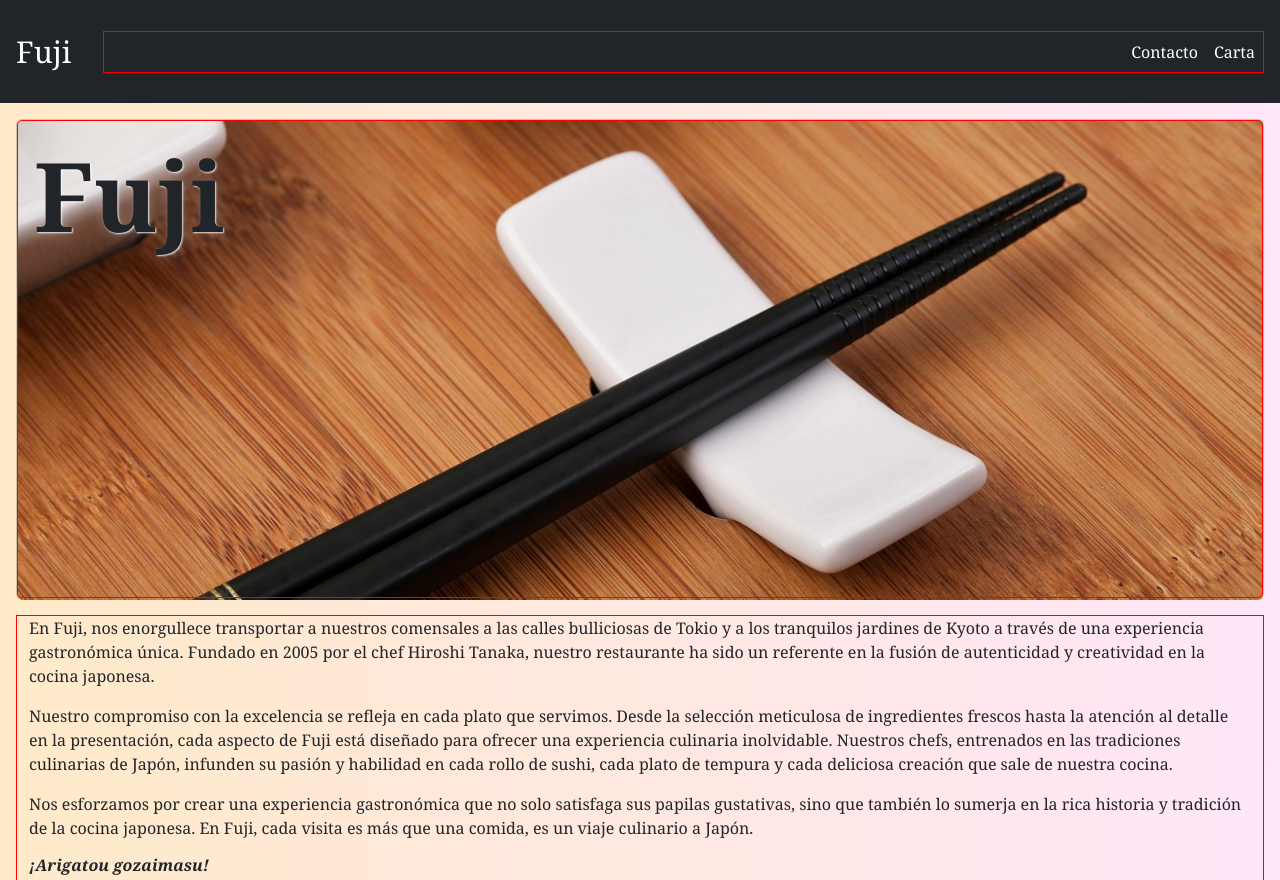
Repository: aipacheco/Fuji-restaurante
Page: index.html
An editor plug-in stored every save of this project. The page is shown before and after the next save, followed by the edit.
The browser window is 1280 px wide. The pictures show the part of the page from y = 0 to 880 px (the page is 1319 px tall before and 1323 px after).
A picture or video elsewhere on the page could not be fetched, so the positions and the page height are approximate. Some web libraries are served in a nearby version.

Above is the page before, as saved 2024-01-29 18:04:23.

After the next save:
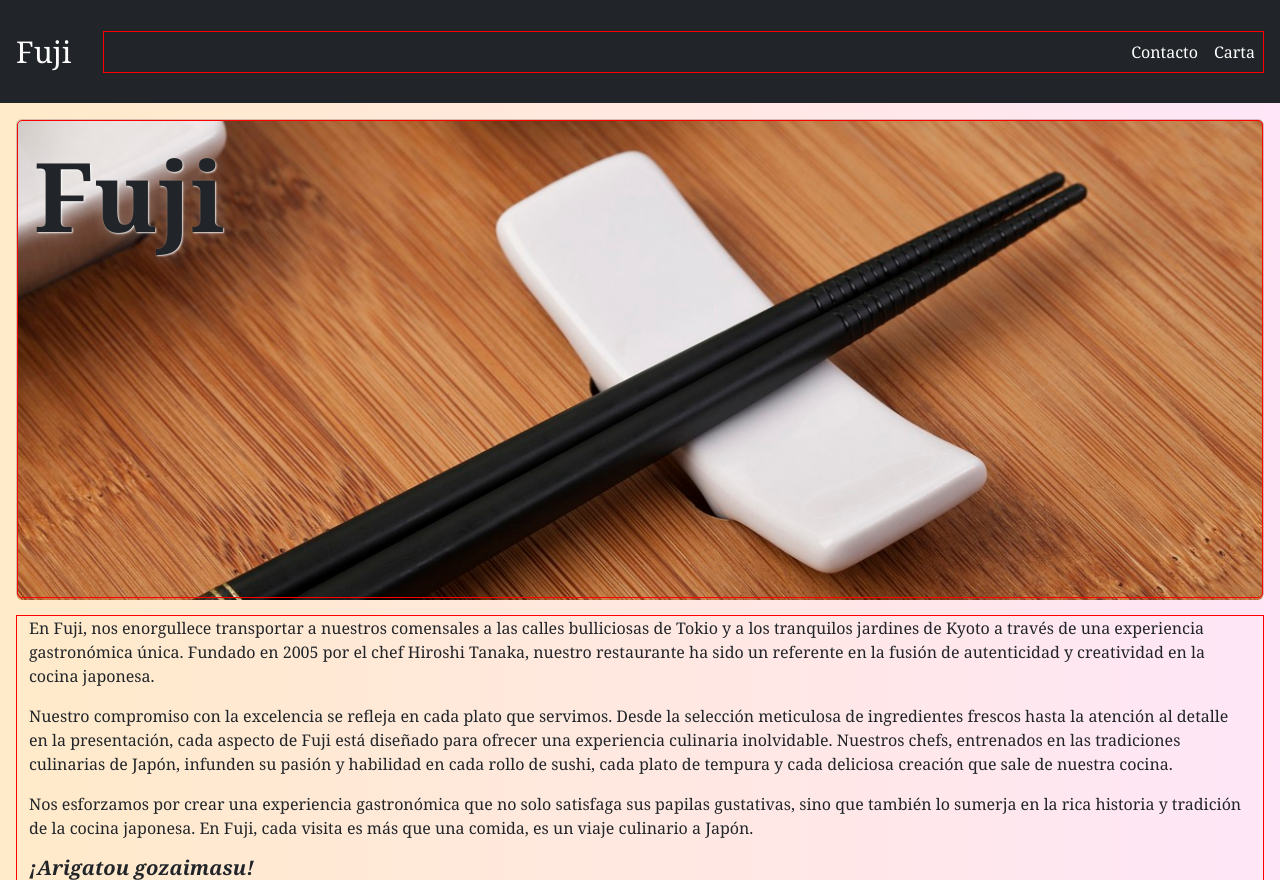
Saved 5 s later.
--- a/index.html
+++ b/index.html
@@ -85,7 +85,7 @@
         es más que una comida, es un viaje culinario a Japón.
       </p>
 
-      <h6><strong><i>¡Arigatou gozaimasu!</i></strong></h6>
+      <h5><strong><i>¡Arigatou gozaimasu!</i></strong></h5>
     </div>
 
 

After the save that followed:
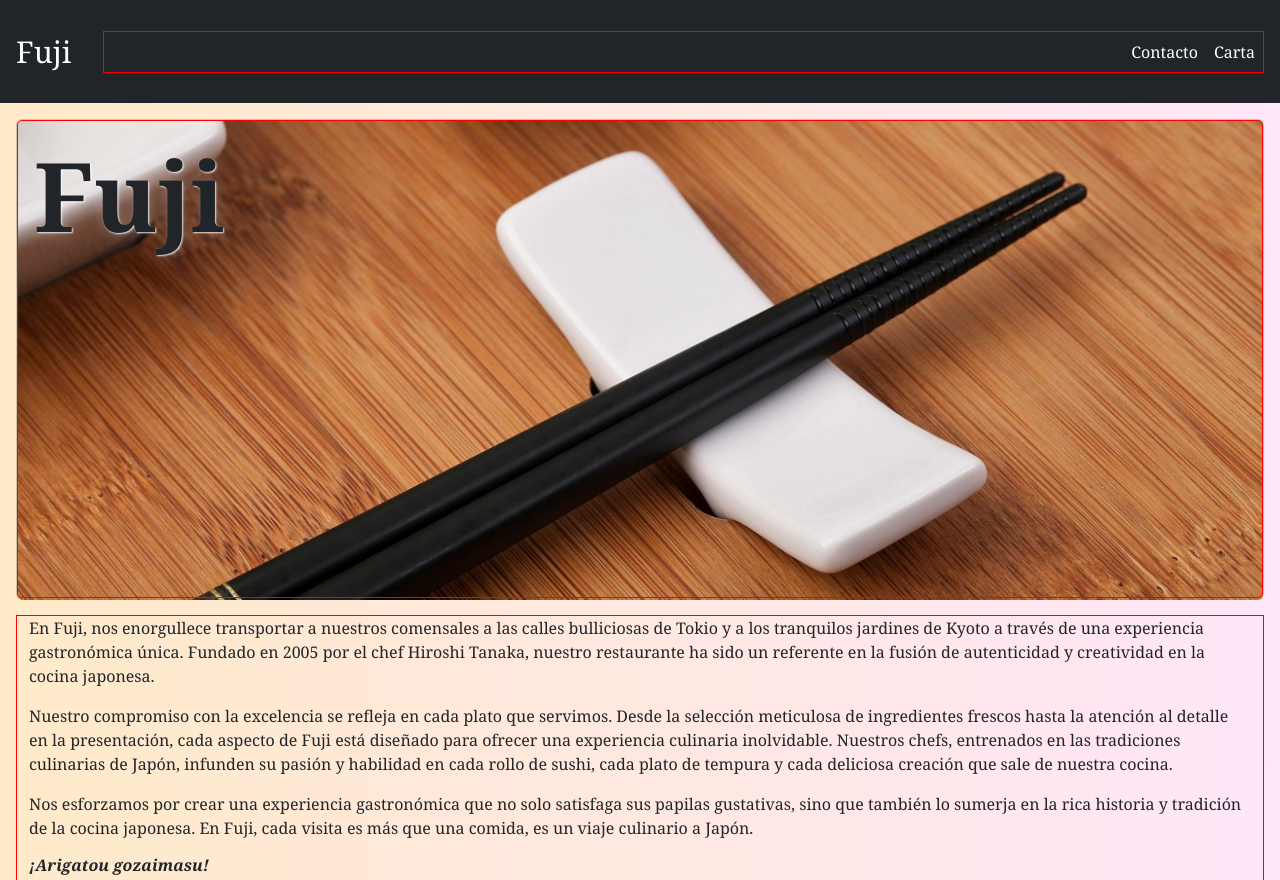
Saved 4 s later.
--- a/index.html
+++ b/index.html
@@ -85,7 +85,7 @@
         es más que una comida, es un viaje culinario a Japón.
       </p>
 
-      <h5><strong><i>¡Arigatou gozaimasu!</i></strong></h5>
+      <h6><strong><i>¡Arigatou gozaimasu!</i></strong></h6>
     </div>
 
 
